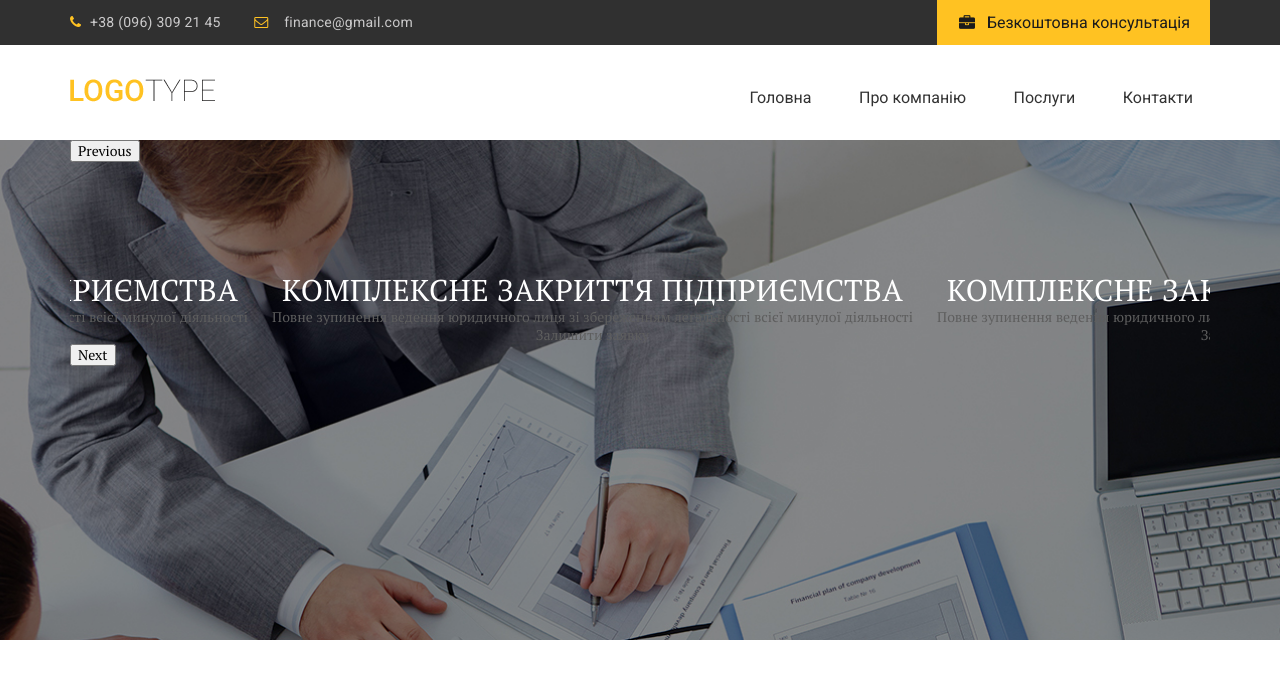
Repository: oliachipko/companysait
Page: index.html
The author's editor kept a copy of each file at every save. The page is drawn from the files as they stood at one save, then again after the next save.
The browser window is 1280 px wide. The pictures show the whole page.

Above is the page before, as saved 2020-11-17 01:42:17.

### index.html
<!DOCTYPE html>
<html lang="en">
  <head>
    <meta charset="UTF-8" />
    <meta name="viewport" content="width=device-width, initial-scale=1.0" />
    <title>Document</title>
    <link rel="preconnect" href="https://fonts.gstatic.com" />
    <link
      href="https://fonts.googleapis.com/css2?family=PT+Serif:wght@400;700&family=Roboto:wght@400;500;700&display=swap"
      rel="stylesheet"/>
    <link rel="stylesheet" href="css/normalize.css" />
    <link rel="stylesheet" href="css/fonts.css">
    <link rel="stylesheet" href="css/jquery.fancybox.min.css">
    <link rel="stylesheet" href="css/slick.css">
    <link rel="stylesheet" href="css/style.css" />
  </head>
  <body>
    <header class="header">
      <div class="header__top">
        <div class="container">
          <div class="header__contacts">
            <a class="header__phone" href="tel:380963092145">+38 (096) 309 21 45</a>
            <a class="header__email" href="#">finance@gmail.com</a>
            <a data-fancybox data-src="#modal" href="javascript:;" href="#" class="header__btn">Безкоштовна консультація</a>
          </div>
        </div>
      </div>
      <div class="header__content">
        <div class="container">
          <div class="header__content-inner">
            <div class="header__logo">
              <a href="#">
                <img src="img/logo.png" alt="" />
              </a>
            </div>
            <nav class="menu">
              <ul>
                <li><a href="#">Головна</a></li>
                <li><a href="#">Про компанію</a></li>
                <li><a href="#">Послуги</a></li>
                <li><a href="#">Контакти</a></li>
              </ul>
            </nav>
          </div>
        </div>
      </div>
    </header>
    <section class="slider">
      <div class="container">
        <div class="slider__inner">
          <div class="slider__item">
            <div class="slider__title">
              КОМПЛЕКСНЕ ЗАКРИТТЯ ПІДПРИЄМСТВА

            </div>
            <div class="slider__text">
              Повне зупинення ведення юридичного лиця
               зі збереженням легальності всієї минулої діяльності
            </div>
            <div class="slider__btn">
              Залишити заявку
            </div>
          </div>

          <div class="slider__item">
            <div class="slider__title">
              КОМПЛЕКСНЕ ЗАКРИТТЯ ПІДПРИЄМСТВА

            </div>
            <div class="slider__text">
              Повне зупинення ведення юридичного лиця
               зі збереженням легальності всієї минулої діяльності
            </div>
            <div class="slider__btn">
              Залишити заявку
            </div>
          </div>

          <div class="slider__item">
            <div class="slider__title">
              КОМПЛЕКСНЕ ЗАКРИТТЯ ПІДПРИЄМСТВА

            </div>
            <div class="slider__text">
              Повне зупинення ведення юридичного лиця
               зі збереженням легальності всієї минулої діяльності
            </div>
            <div class="slider__btn">
              Залишити заявку
            </div>
          </div>

        </div>
      </div>
    </section>

    <div  id="modal">
      <h2>Hello!</h2>
      <p>You are awesome!</p>
    </div>


    <script src="https://ajax.googleapis.com/ajax/libs/jquery/3.5.1/jquery.min.js"></script>
    <script src="js/jquery.fancybox.min.js"></script>
    <script src="js/slick.min.js"></script>
    <script src="js/main.js"></script>
  </body>
</html>

### css/fonts.css
@font-face {
  font-family: 'icomoon';
  src:  url('../fonts/icomoon.eot?nqt5zc');
  src:  url('../fonts/icomoon.eot?nqt5zc#iefix') format('embedded-opentype'),
    url('../fonts/icomoon.ttf?nqt5zc') format('truetype'),
    url('../fonts/icomoon.woff?nqt5zc') format('woff'),
    url('../fonts/icomoon.svg?nqt5zc#icomoon') format('svg');
  font-weight: normal;
  font-style: normal;
  font-display: block;
}

[class^="icon-"], [class*=" icon-"] {
  /* use !important to prevent issues with browser extensions that change fonts */
  font-family: 'icomoon' !important;
  speak: never;
  font-style: normal;
  font-weight: normal;
  font-variant: normal;
  text-transform: none;
  line-height: 1;

  /* Better Font Rendering =========== */
  -webkit-font-smoothing: antialiased;
  -moz-osx-font-smoothing: grayscale;
}

.icon-envelope-o:before {
  content: "\f003";
}
.icon-check:before {
  content: "\f00c";
}
.icon-map-marker:before {
  content: "\f041";
}
.icon-phone:before {
  content: "\f095";
}
.icon-briefcase:before {
  content: "\f0b1";
}
.icon-bars:before {
  content: "\f0c9";
}
.icon-navicon:before {
  content: "\f0c9";
}
.icon-reorder:before {
  content: "\f0c9";
}
.icon-angle-left:before {
  content: "\f104";
}
.icon-angle-right:before {
  content: "\f105";
}
.icon-quote-left:before {
  content: "\f10d";
}
.icon-quote-right:before {
  content: "\f10e";
}
.icon-ellipsis-v:before {
  content: "\f142";
}

### css/style.css
* {
    box-sizing: border-box;
}

a{
    text-decoration: none;
    display: inline-block;
}

ul,
li{
    list-style: none;
    margin: 0;
    padding: 0;
}
.container{
    max-width: 1170px;
    margin: 0 auto;
    padding: 0 15px;
}

body{
    font-family: 'PT Serif', serif;
    /*font-family: 'Roboto', sans-serif;*/
    font-weight: 400px;
    font-size: 14px;
    line-height: 18px;
    color: #5e5e5e;

}
header {
    font-family: 'Roboto', sans-serif;
}
.header__top{
   background-color: #303030;
}
.header__btn {
    float: right;
    line-height: 36px;
    color: #1b1b1b;
    background-color: #ffc222;
    padding: 5px 20px 4px 50px;
    font-size: 16px;
    position: relative;
}
.header__btn:before {
    content: "\f0b1";
    font-family: 'icomoon';
    position: absolute;
    left: 22px;
    color: #1b1b1b;
}
.header__contacts:after {
    content: "";
    clear: both;
    display: block;
}
.header__phone,
.header__email {
    color:#cbcacb;
    letter-spacing: 0.25px;
    line-height: 45px;
    position: relative;
}
.header__phone {
    padding-left: 20px;
    padding-right: 30px;
}
.header__phone:before {
    content: "\f095";
    font-family: 'icomoon';
    position: absolute;
    left: 0;
    color: #ffc222;
}
.header__email{
    padding-left: 30px;
}
.header__email:before {
    content: "\f003";
    font-family: 'icomoon';
    position: absolute;
    left: 0;
    color: #ffc222;
}
.header__content {
    padding: 34px 0px 23px;
}
.header__content-inner{
    display: flex;
    justify-content: space-between;
}
.menu li {
    display: inline-block;
}
.menu a{
    color: #323232;
    font-size: 16px;
    line-height: 36px;
    border: 1px solid transparent;
    padding: 0px 16px;
    transition: all .3s;
}
.menu a:hover {
    border-color: #ffc222;
}
.menu li + li{
    padding-left: 10px;
}
#modal {
    display: none;"
}
.slider{
    background-image: url(../img/slider-fon.jpg);
    background-repeat: no-repeat;
    background-size: cover;
    background-position: center;
    min-height: 500px;
}
.slider__item{
    text-align: center;
    padding-top: 110px;
    max-width: 665px;
    margin: 0 auto;
}
.slider__title{
    text-transform: uppercase;
    font-size: 30px;
    line-height: 36px;
    color: white;
    font-weight: 500;
    letter-spacing: 0.5px;
    margin-top: ;
}
.slider__

### js/main.js
$(function(){

$('.slider__inner').slick();


});

Loaded but not shown: css/normalize.css (library); css/jquery.fancybox.min.css (library); css/slick.css (common file); js/jquery.fancybox.min.js (library); js/slick.min.js (library)

After the next save:
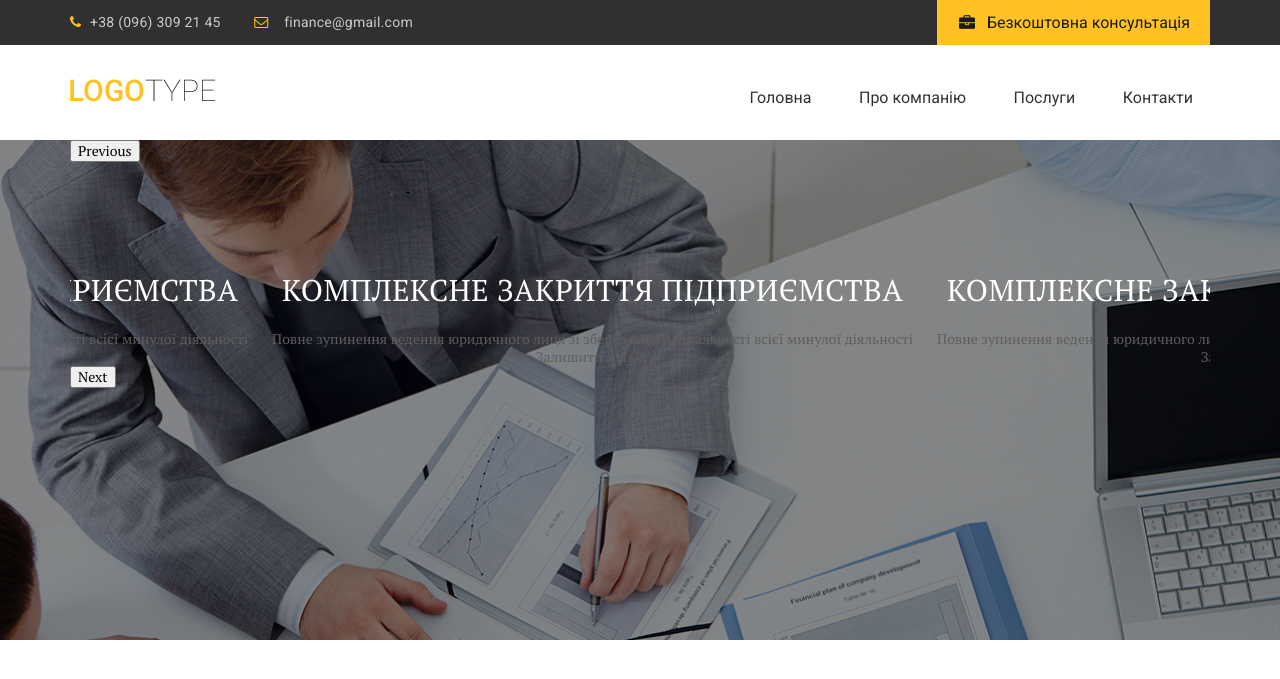
Saved 24 s later.
--- a/css/style.css
+++ b/css/style.css
@@ -130,6 +130,6 @@ header {
     color: white;
     font-weight: 500;
     letter-spacing: 0.5px;
-    margin-top: ;
+    margin-bottom: 22px;
 }
 .slider__
